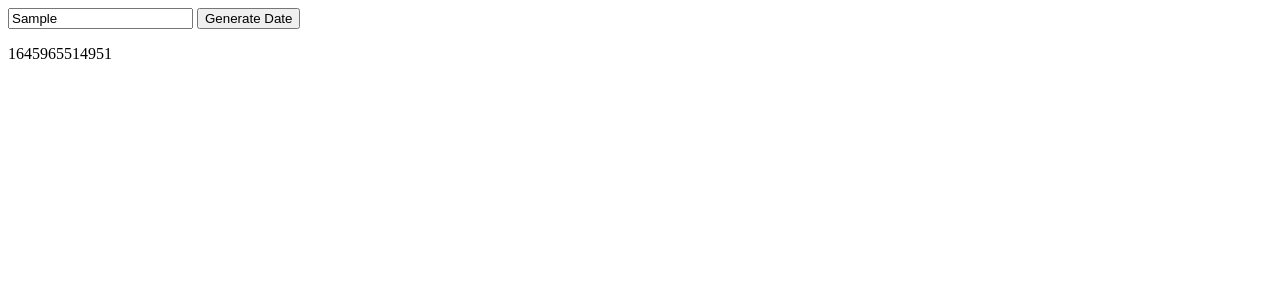
Repository: jfjadloc/jfjadloc.github.io
Page: Timestamp/index.html
These files come from the project's save history. The page is drawn as it stood at one moment and after a run of saves; the edit follows.
The browser window is 1280 px wide. The pictures show the whole page.
Empty fields were first filled with sample values (such as "Sample", 5 or name@example.com).
After loading, the first visible `#myBtn` was clicked once.

Above is the page before, as saved 2022-02-27 20:54:24.

After the next 2 saves:
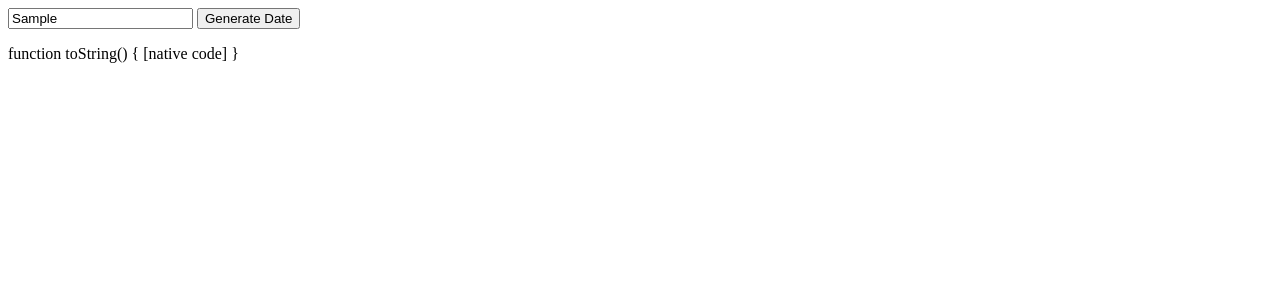
The 2 saves are shown as one change because they came seconds apart.
The last was saved 16 s later.
--- a/Timestamp/index.html
+++ b/Timestamp/index.html
@@ -16,7 +16,7 @@
 <script>
     function displayDate() {
         var ST = document.getElementById("date_input").innerText;
-        document.getElementById("answer").innerHTML = "1645965514951";
+        document.getElementById("answer").innerHTML = ST.toString;
     }
 </script>
 
